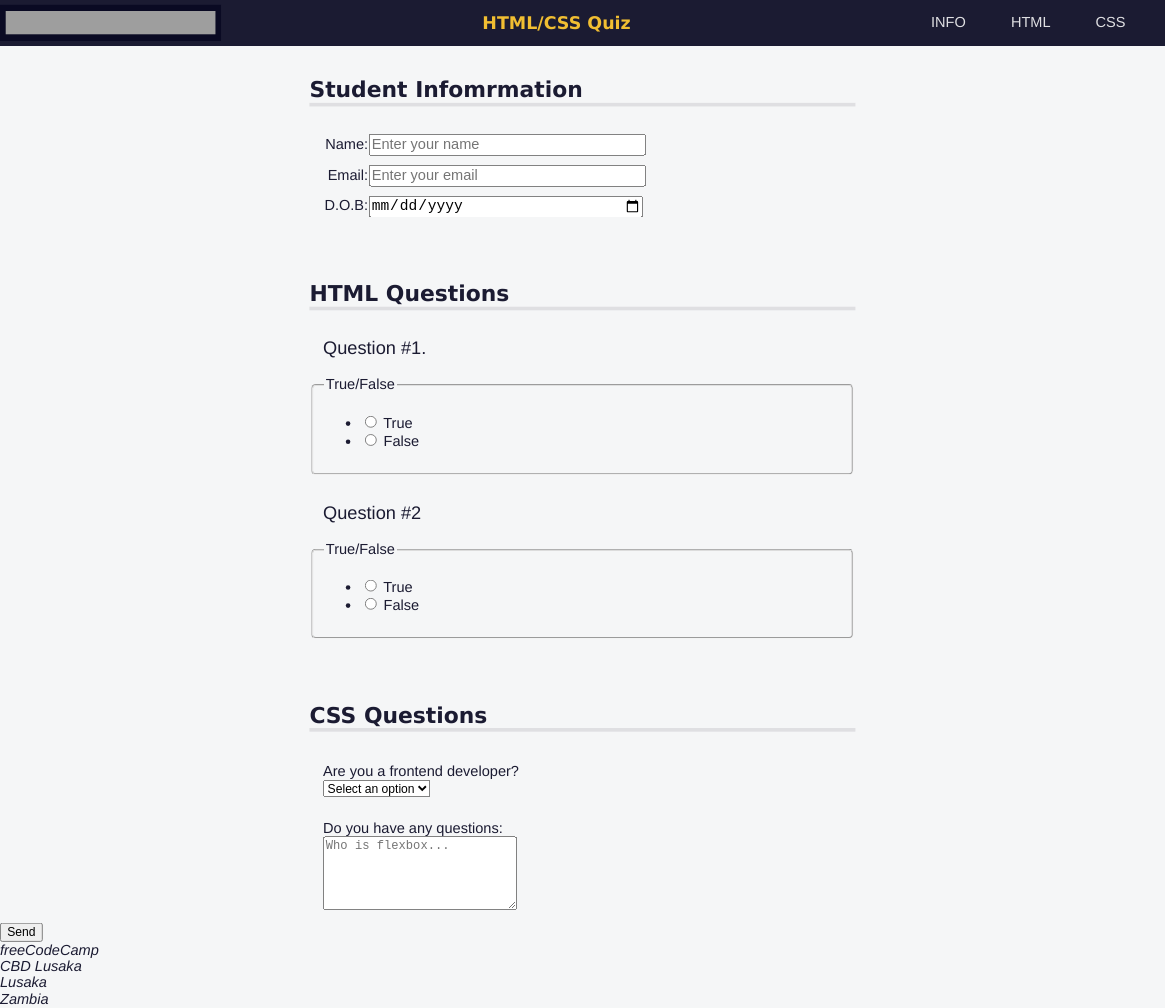
Repository: Lungdjos/accessibility_build_quiz
Page: index.html
An editor plug-in stored every save of this project. The page is shown before and after a run of saves, followed by the edit.
The browser window is 1280 px wide. The pictures show the whole page, at 91% of full size.
Pictures or frames that could not be fetched are drawn as grey boxes.

Above is the page before, as saved 2023-10-30 09:37:24.

### index.html
<!DOCTYPE html>
<html lang="en">

<head>
    <meta charset="UTF-8">
    <meta name="viewport" content="width=device-width, initial-scale=1.0">
    <meta name="description" content="Accessibility">
    <title>HTML/CSS Test Quiz</title>
    <link rel="stylesheet" href="styles.css">
</head>

<body>
    <header>
        <img src="https://cdn.freecodecamp.org/platform/universal/fcc_primary.svg" alt="" id="logo">
        <h1>HTML/CSS Quiz</h1>
        <nav>
            <ul>
                <li>
                    <a href="#student-info">info</a></li>
                <li>
                    <a href="#html-questions">html</a></li>
                <li>
                    <a href="#css-questions">css</a></li>
            </ul>
        </nav>
    </header>
    <main>
        <form action="https://freecodecamp.org/practice-project/accessibility-quiz" method="post">
            <section role="region" aria-labelledby="student-info">
                <h2 id="student-info">Student Infomrmation</h2>
                <div class="info">
                    <label for="student-name">
                        Name:
                    </label><input type="text" name="name" id="student-name" placeholder="Enter your name">
                </div>
                <div class="info">
                    <label for="student-email">
                        Email:
                    </label><input type="email" name="email" id="student-email" placeholder="Enter your email">
                </div>
                <div class="info">
                    <label for="birth-date">
                        D.O.B:<span class="sr-only">(Date of Birth)</span>
                    </label><input type="date" name="dob" id="birth-date">
                </div>
            </section>

            <section role="region" aria-labelledby="html-questions">
                <h2 id="html-questions">HTML Questions</h2>
                <div class="question-block">
                    <p>1.</p>
                    <fieldset name="first-question" class="question">
                        <legend>True/False</legend>
                        <ul class="answers-list">
                            <li>
                                <label for="q1-a1">
                                    <input type="radio" value="true" name="q1-answ" id="q1-a1"> True
                                </label>
                            </li>
                            <li>
                                <label for="q1-a2">
                                    <input type="radio" value="false" name="q1-answ" id="q1-a2"> False
                                </label>
                            </li>
                        </ul>
                    </fieldset>
                </div>
                <div class="question-block">
                    <p>2</p>
                    <fieldset name="second-question" class="question">
                        <legend>True/False</legend>
                        <ul class="answers-list">
                            <li>
                                <label for="q2-a1">
                                    <input type="radio" value="true" name="q2-answ" id="q2-a1"> True
                                </label>
                            </li>
                            <li>
                                <label for="q2-a2">
                                    <input type="radio" value="false" name="q2-answ" id="q2-a2"> False
                                </label>
                            </li>
                        </ul>
                    </fieldset>
                </div>
            </section>

            <section role="region" aria-labelledby="css-questions">
                <h2 id="css-questions">CSS Questions</h2>
                <div class="formrow">
                    <div class="question-block">
                        <label for="customer">Are you a frontend developer?</label>
                    </div>
                    <div class="answer">
                        <select name="customer" id="customer" required>
                            <option value="">Select an option</option>
                            <option value="yes">Yes</option>
                            <option value="no">No</option>
                        </select>
                    </div>

                    <div class="question-block">
                        <label for="css-questions">Do you have any questions:</label>
                    </div>
                    <div class="answer">
                        <textarea name="css-questions" id="css-questions" rows="5" cols="24" placeholder="Who is flexbox..."></textarea>
                    </div>
                </div>
            </section>
            <button type="submit">Send</button>
        </form>
    </main>
    <footer>
        <address>
            freeCodeCamp<br/>
            CBD Lusaka<br/>
            Lusaka<br/>
            Zambia
        </address>
    </footer>
</body>

</html>

### styles.css
/*Content design */

body {
    background: #f5f6f7;
    color: #1b1b32;
    font-family: Helvetica;
    margin: 0;
}

h1 {
    color: #f1be32;
    font-size: min(5vw, 1.2em);
    text-align: center;
}

main {
    padding-top: 25px;
}

h1,
h2 {
    font-family: Verdana, Tahoma;
}

h2 {
    border-bottom: 4px solid #dfdfe2;
    margin-top: 0;
    padding-top: 60px;
}

.sr-only {
    position: absolute;
    width: 1px;
    height: 1px;
    padding: 0;
    margin: -1px;
    overflow: hidden;
    clip: rect(0, 0, 0, 0);
    white-space: nowrap;
    border: 0;
}

p::before {
    content: "Question #";
}

p {
    margin-top: 5px;
    padding-left: 15px;
    font-size: 20px;
}


/* Nav bar design */

header {
    width: 100%;
    height: 50px;
    background-color: #1b1b32;
    display: flex;
    justify-content: space-between;
    align-items: center;
    position: fixed;
    top: 0;
}

#logo {
    width: max(100px, 18vw);
    background-color: #0a0a23;
    aspect-ratio: 35 / 4;
    padding: 0.4rem;
}

nav {
    width: 50%;
    max-width: 300px;
    height: 50px;
}

nav>ul {
    display: flex;
    justify-content: space-evenly;
    text-transform: uppercase;
    align-items: center;
    padding-inline-start: 0;
    margin-block: 0;
    height: 100%;
    flex-wrap: wrap;
}

nav li {
    color: #dfdfe2;
    margin: 0 0.2rem;
    padding: 0.2rem;
    display: block;
}

li>a {
    color: inherit;
}

nav li>a {
    text-decoration: none;
}

nav li>a:hover {
    text-decoration: none;
    background-color: #dfdfe2;
    color: #1b1b32;
    cursor: pointer;
}


/* Form design */

section {
    width: 80%;
    max-width: 600px;
    margin: 0 auto 10px auto;
}

.question {
    border-radius: 5px;
}

.info {
    padding: 10px 0 0 5px;
}

.info input {
    width: 50%;
    text-align: left;
}

.info label {
    width: 10%;
    min-width: 55px;
}

.info input,
.info label {
    display: inline-block;
}

label {
    text-align: right;
}

.formrow {
    margin-top: 30px;
    padding: 0px 15px;
}

input {
    font-size: 16px;
}

.question-block {
    text-align: left;
    display: block;
    width: 100%;
    margin-top: 20px;
    padding-top: 5px;
}


/* Footer design */

After the next 3 saves:
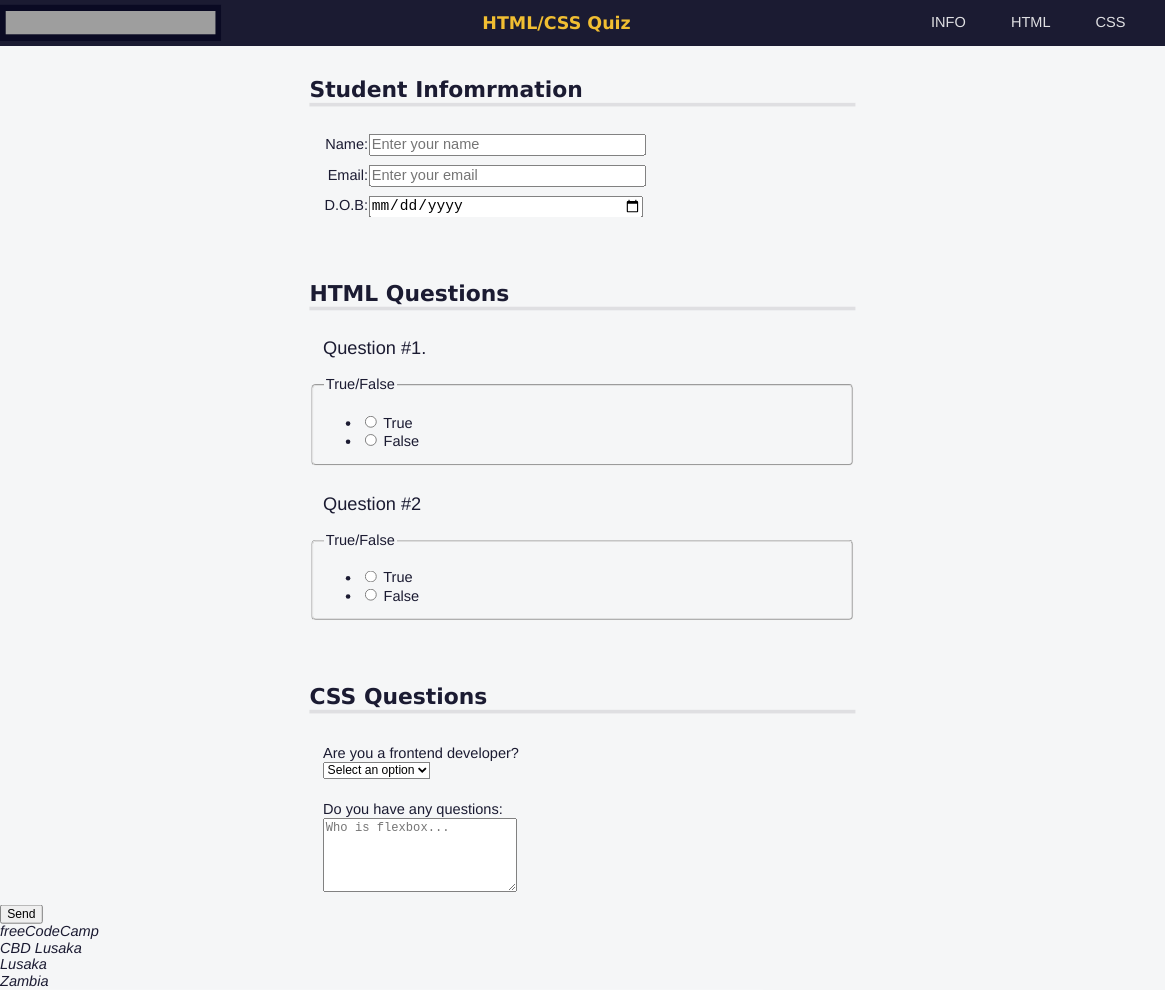
The 3 saves are shown as one change because they came seconds apart.
The last was saved 13 s later.
--- a/styles.css
+++ b/styles.css
@@ -121,6 +121,7 @@ section {
 
 .question {
     border-radius: 5px;
+    padding-bottom: 0;
 }
 
 .info {
